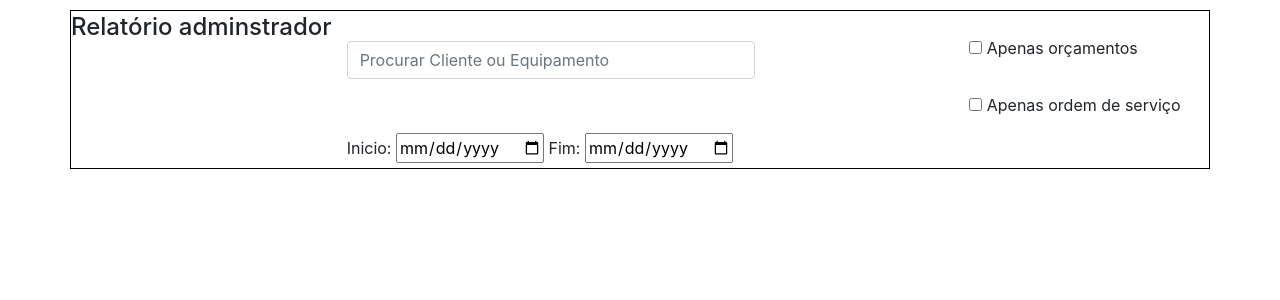
Repository: gabrielfeliphe/AssistenciaTecnica
Page: PI-AssistenciaTecnica/WebContent/pages/adm/funcao/relatorio_adm.html
The author's editor kept a copy of each file at every save. The page is drawn from the files as they stood at one save, then again after the next save.
The browser window is 1280 px wide. The pictures show the whole page.
Some web libraries are served in a nearby version.

Above is the page before, as saved 2021-10-21 22:16:42.
Console error: TypeError: Cannot read properties of undefined (reading 'fn')

After the next save:
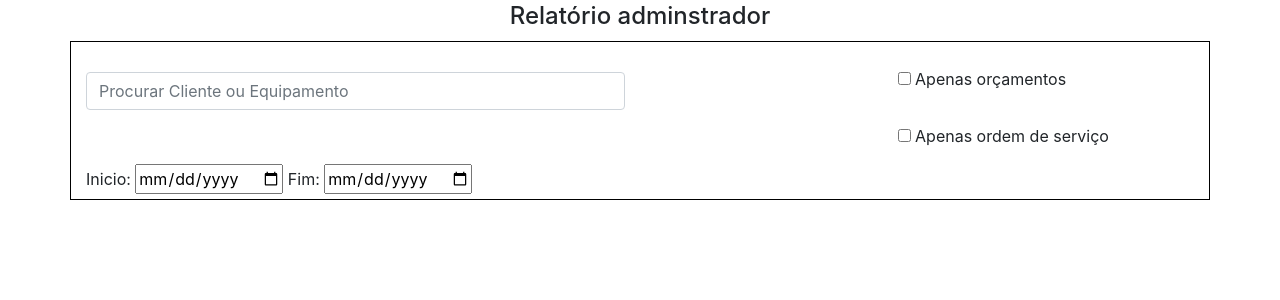
Saved 66 s later.
--- a/PI-AssistenciaTecnica/WebContent/pages/adm/funcao/relatorio_adm.html
+++ b/PI-AssistenciaTecnica/WebContent/pages/adm/funcao/relatorio_adm.html
@@ -13,9 +13,9 @@
 </head>
 <body>
 	<div class= "container">
+					<h4>Relatório adminstrador</h4>
+
 		<div class = "row" id="box">
-				<h4>Relatório adminstrador</h4>
-
 			<div class="col-sm">
 			 	 <input type="text" class="form-control"  placeholder="Procurar Cliente ou Equipamento"></br>
 			 	 <label>Inicio:</label>
